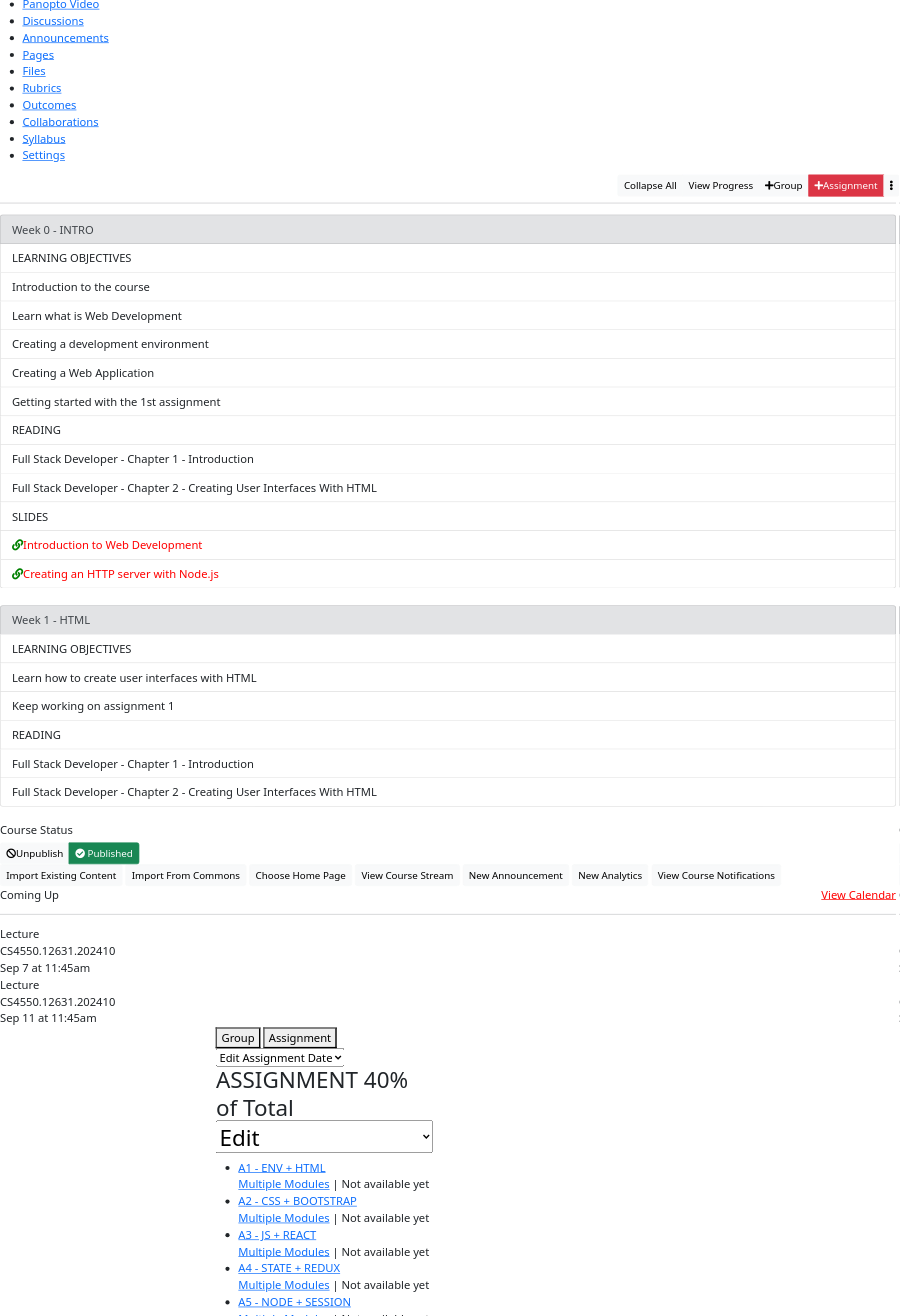
Repository: yuqiant/kanbas-react-web-app
Page: public/kanbas/assignment/index.html
An editor plug-in stored every save of this project. The page is shown before and after the next save, followed by the edit.
The browser window is 1280 px wide. The page is 1285 px wide, so the pictures cover 1285 px, including what lies to the right of the window. The pictures show the part of the page from y = 551 to 2431 px (the page is 3301 px tall before and 3307 px after), at 70% of full size.

Above is the page before, as saved 2023-10-04 23:06:21.

After the next save:
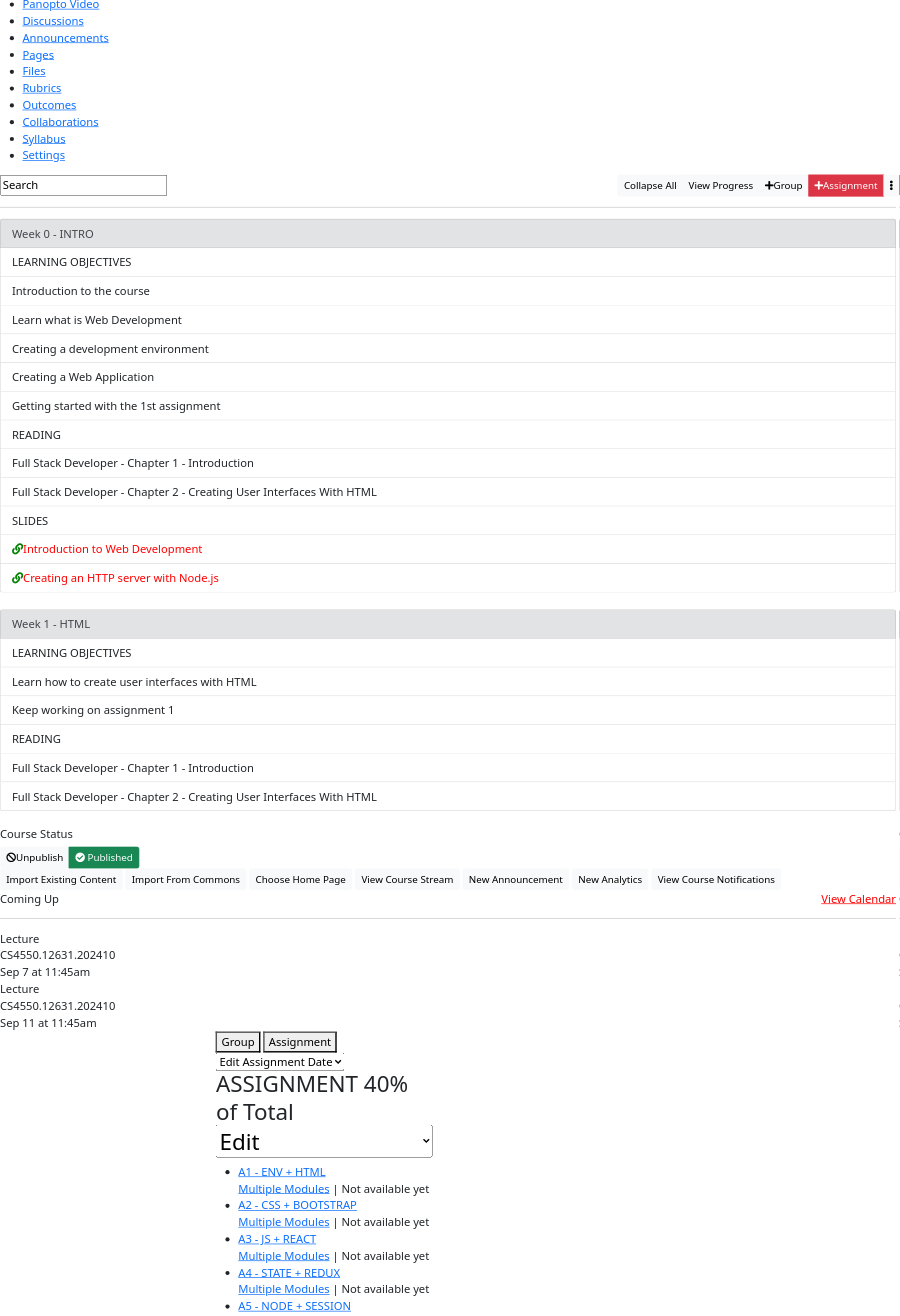
Saved 72 s later.
--- a/public/kanbas/assignment/index.html
+++ b/public/kanbas/assignment/index.html
@@ -75,6 +75,8 @@
                 </div>
 
                 <div class="right-bottom-item2">
+                    <input type="text" id="myInput" value="Search">
+
 
                     <div class="float-sm-end">
                         <div class="btn-group" style="margin-right: -5px;">
